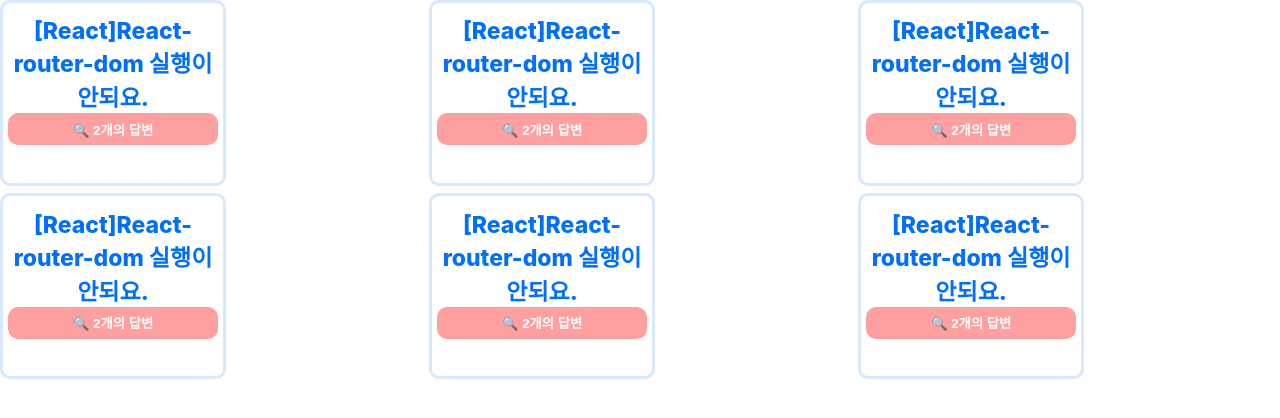
Repository: TeamCosine/Front
Page: /Qna
The author's editor kept a copy of each file at every save. The page is drawn from the files as they stood at one save, then again after the next save.
The browser window is 1280 px wide. The pictures show the whole page.
The project was rebuilt for these pictures with package versions that can differ from the ones it lists, and the page was loaded fresh each time. Also part of the build but not shown: src/components/home/Card.js, src/pages/Home.js, src/pages/Profile.js, src/pages/Login.js, src/components/MyInfo/Card.js, src/pages/MyInfo.js, src/pages/Write.js, src/pages/Invite.js.

Above is the page before, as saved 2023-07-22 22:59:27.

### src/App.js
import React from 'react';
import './App.css';

import {BrowserRouter, Routes, Route} from 'react-router-dom';
import Home from './pages/Home';
import Profile from './pages/Profile';
import Login from './pages/Login';
import MyInfo from './pages/MyInfo';
import Write from './pages/Write';
import Qna from './pages/Qna';
import Invite from './pages/Invite';


function App() {
  return (
    <BrowserRouter>
    <div className="App">
      <Routes>
        <Route path = "/" element={<Login/>}/>
        <Route path = "/profile" element={<Profile/>}/>
        <Route path = "/myinfo" element = {<MyInfo/>} />
        <Route path = "/Write" element = {<Write/>} />
        <Route path = "/Qna" element={<Qna/>}/>
        <Route path = "/home" element = {< Home/>}/>
        <Route path = "/invite" element={<Invite/>}/>

      </Routes>
    </div>
    </BrowserRouter>
  );
}

export default App;

### src/pages/Qna.js
import React from "react";
import styled from 'styled-components';
import Card from "../components/QNA/Card";
import Title from "../components/common/Title";

const Container = styled.div`

`;
const GridContainer = styled.div`
   display: grid;
   grid-template-columns: repeat(3, 1fr);
   grid-gap:1vh;

`;

const Qna =()=>{
    return (
        <>
          <Title text={"QNA"}/>
          <Container>
            <GridContainer>
            <Card/>
            <Card/>
            <Card/>
            <Card/>
            <Card/>
            <Card/>
            </GridContainer>
          </Container>
        </>
    )
}

export default Qna;

### src/components/QNA/Card.js
import React from "react";
import styled from "styled-components";

const Container = styled.div`
   border-radius: 10px;
   border : 3px solid #d8e8fd;
   background-color: white;
   width : 220px;
   height : 180px;

`;
const Text = styled.div`
   padding-top: 2vh;
   color : #006fff;
   font-size: 23px;
   font-weight: 800;
   flex-shrink: 0;
`;
const Btn = styled.button`
    width : 210px;
    height : 32px;
    background-color: #ffa0a0;
    flex-shrink: 0;
    color : white;
    border-radius: 10px;
    border:none;
    font-weight: bold;
`;
const Card =() =>{

    return (
        <>
           <Container>
              <Text>[React]React-router-dom 실행이 안되요.</Text>
              <div>
                <Btn>🔍 2개의 답변</Btn>
              </div>

           </Container>
        </>
    )

}

export default Card;

### src/components/common/Title.js
import React from "react";
import styled from 'styled-components';

const Container = styled.button`
  background-color: #E8F1FD;
`;

const Title = ({text}) =>{
    <>
      <Container>
          {text}
      </Container>
    </>

}

export default Title;

Loaded but not shown: public/index.html (common file); src/index.js (common file); src/index.css (common file); src/reportWebVitals.js (common file); src/App.css (common file)

After the next save:
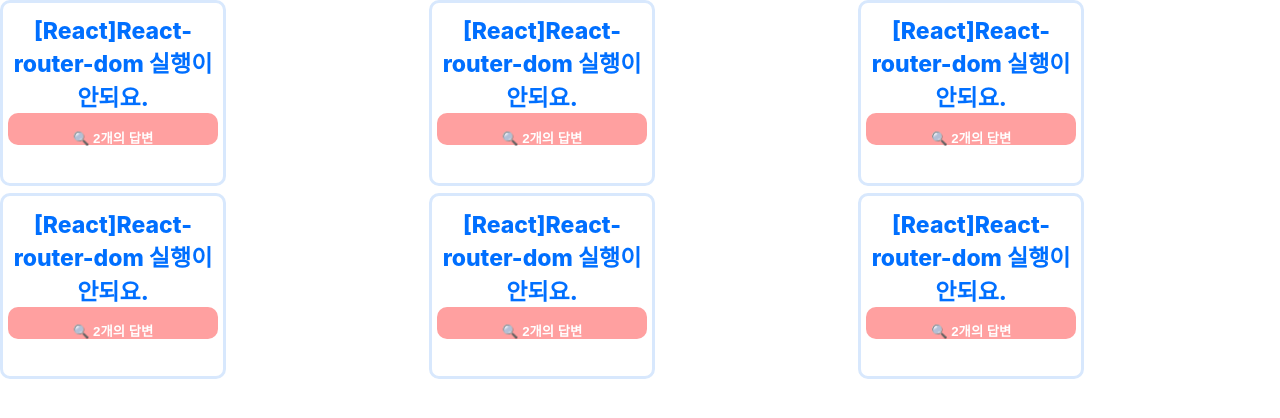
Saved 16 s later.
--- a/src/components/QNA/Card.js
+++ b/src/components/QNA/Card.js
@@ -17,6 +17,7 @@
    flex-shrink: 0;
 `;
 const Btn = styled.button`
+    padding-top : 2vh;
     width : 210px;
     height : 32px;
     background-color: #ffa0a0;

After the 3 saves that followed:
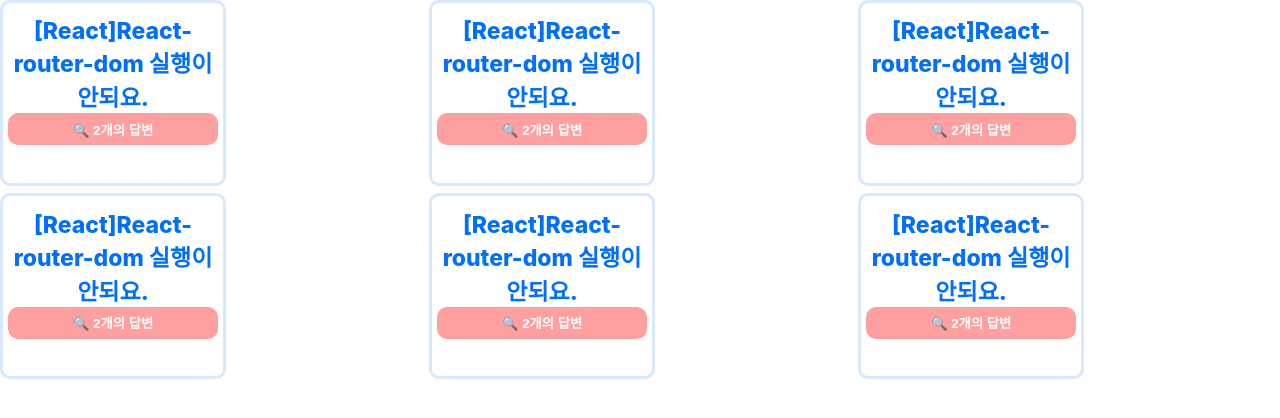
The 3 saves are shown as one change because they came seconds apart.
The last was saved 10 s later.
--- a/src/components/QNA/Card.js
+++ b/src/components/QNA/Card.js
@@ -17,7 +17,7 @@
    flex-shrink: 0;
 `;
 const Btn = styled.button`
-    padding-top : 2vh;
+    text-align: center;
     width : 210px;
     height : 32px;
     background-color: #ffa0a0;
